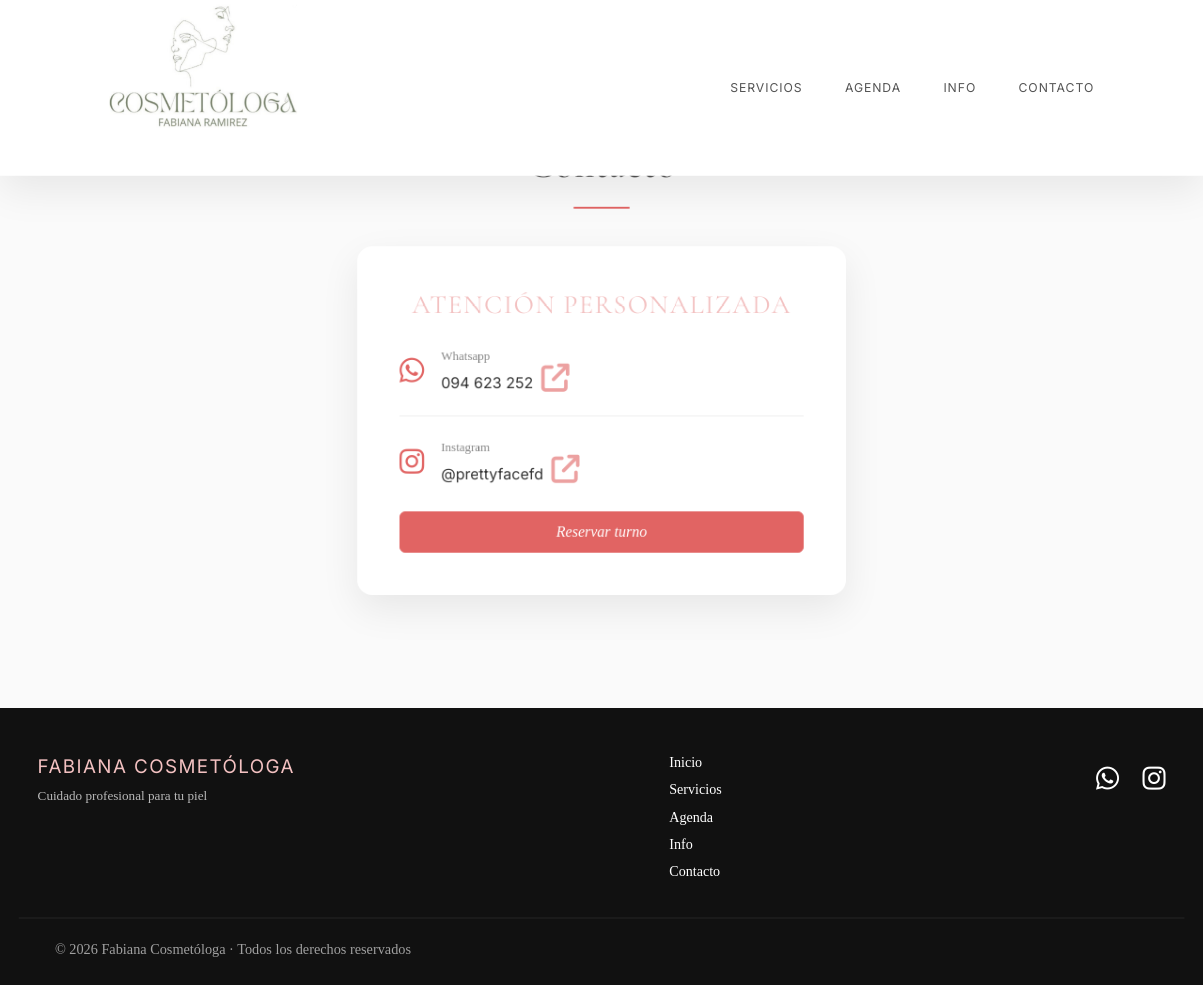
Repository: thiagobal1891-sudo/paginaweb
Page: pages/contacto.html
These files come from the project's save history. The page is drawn as it stood at one moment and after the next save; the edit follows.
The browser window is 1280 px wide. The pictures show the whole page, at 94% of full size.
Some web fonts or font styles are not loaded; a fallback is used.

Above is the page before, as saved 2026-03-17 14:29:25.
Console error: ReferenceError: emailjs is not defined

### pages/contacto.html

<!DOCTYPE html>
<html lang="es">
<head>
  <meta charset="UTF-8">
  <meta name="viewport" content="width=device-width, initial-scale=1.0">
  <title>Fabiana Cosmetóloga</title>
  <link rel="stylesheet" href="../css/style.css">
  <link rel="preconnect" href="https://fonts.googleapis.com">
  <link rel="preconnect" href="https://fonts.gstatic.com" crossorigin>
  <link
    href="https://fonts.googleapis.com/css2?family=Melodrama:wght@400;500;600;700&family=Inter:wght@100..900&family=Poppins:wght@100..900&family=Cormorant+Garamond:wght@300..700&display=swap"
    rel="stylesheet">
  <link rel="stylesheet" href="https://cdnjs.cloudflare.com/ajax/libs/font-awesome/6.5.0/css/all.min.css"
    crossorigin="anonymous" referrerpolicy="no-referrer" />
</head>

<body>
  <header>
    <div class="container">
      <a href="../index.html" class="logo">
        <img src="../media/logo.png"
  alt="Logo de la marca"
  loading="lazy"
  decoding="async">
      </a>
      <nav>
        <a href="servicios.html">SERVICIOS</a>
        <a href="agenda.html">AGENDA</a>
        <a href="info.html">INFO</a>
        <a href="contacto.html">CONTACTO</a>
      </nav>
    </div>
  </header>
<main>
<section id="contacto" class="appear">
<div class="section-title">
<h2>Contacto</h2>
</div>
<div class="container">
<div class="contact-card">
<h3>Atención personalizada</h3>
<div class="contact-item">
<i class="fa-brands fa-whatsapp"></i>
<div class="contact-info">
<span class="label">Whatsapp</span>
<a href="https://wa.me/59894623252"
target="_blank"
rel="noopener noreferrer"
class="valor">
094 623 252
<i class="fa-solid fa-arrow-up-right-from-square link-icon"></i>
</a>
</div>
</div>
<hr>
<div class="contact-item">
<i class="fa-brands fa-instagram"></i>
<div class="contact-info">
<span class="label">Instagram</span>
<a href="https://www.instagram.com/prettyfacefd"
target="_blank"
rel="noopener noreferrer"
class="valor">
@prettyfacefd
<i class="fa-solid fa-arrow-up-right-from-square link-icon"></i>
</a>
</div>
</div>
<a href="agenda.html#agenda-ya" class="btn-vermas">
Reservar turno
</a>
</div>
</div>

</section>
</main>
  <footer class="footer">
  <div class="footer-container">
    <div class="footer-brand">
      <h3>Fabiana Cosmetóloga</h3>
      <p>Cuidado profesional para tu piel</p>
    </div>
    <div class="footer-links">
      <a href="../index.html">Inicio</a>
      <a href="../pages/servicios.html">Servicios</a>
      <a href="../pages/agenda.html">Agenda</a>
      <a href="../pages/info.html">Info</a>
      <a href="../pages/contacto.html">Contacto</a>
    </div>
    <div class="footer-social">
      <a href="https://wa.me/59894623252" target="_blank">
        <i class="fa-brands fa-whatsapp"></i>
      </a>
      <a href="https://www.instagram.com/prettyfacefd" target="_blank">
        <i class="fa-brands fa-instagram"></i>
      </a>
    </div>
  </div>
  <div class="footer-bottom">
    <p>© 2026 Fabiana Cosmetóloga · Todos los derechos reservados</p>
  </div>
</footer>
  <script src="https://cdn.jsdelivr.net/npm/emailjs-com@3/dist/email.min.js"></script>
  <script src="../script.js" defer></script>
</body>
</html>

### css/style.css
@charset "UTF-8";
* {
  box-sizing: border-box;
  margin: 0;
  padding: 0;
}
html {
  scroll-behavior: smooth;
  scroll-padding-top: var(--header-height);
  font-size: 100%;
}
:root{
  --primary:#E16463;
  --primary-soft:rgba(225,100,99,.15);
  --primary-soft-light:rgba(225,100,99,.08);
  --text-dark:#333;
  --text-soft:#777;
  --shadow-hover:0 20px 50px rgba(0,0,0,.12);
  --shadow-soft:0 15px 40px rgba(0,0,0,.08);
}
body{
  font-family:"Melodrama", serif;
  margin:0;
  animation:fadePage .6s ease;
  padding-top: var(--header-height);
}
@keyframes fadePage{
from{
  opacity:0;
  transform:translateY(10px);
}

to{
  opacity:1;
  transform:translateY(0);
}
}
.appear{
  opacity:0;
  transform:translateY(40px);
  transition:opacity .8s ease, transform .8s ease;
  will-change: transform, opacity;
}
.appear.show{
  opacity:1;
  transform:translateY(0);
}
h1 {
  font-size:clamp(2.2rem,4vw,4.5rem);
  line-height: 1.1;
}
h2 {
  font-size:clamp(1.6rem,3vw,2.5rem);
  line-height: 1.2;
}
p {
font-size:clamp(.95rem,1.1vw,1.1rem);
line-height:1.7;
max-width:60ch;
}
h3 {
  font-size: 0.9em;
  font-family: "Inter", sans-serif;
  font-weight: 400;
  letter-spacing: 1.5px;
  color: #f3c1c1;
  text-transform: uppercase;
}
section{
position:relative;
padding:100px 20px;
}
.info_carta {
  font-size: 0.85em;
  color: #f2f2f2;
  font-family: "Inter", sans-serif;
  line-height: 1;
  margin-bottom: 2px;
  max-width:450px;
}
ul {
  list-style: none;
  padding-left: 0;
  font-size: 0.75em;
  font-family: "Inter", sans-serif;
  color: #ffffff;
}
ul li {
  margin-bottom: 4px;
  line-height: 1.3;
  padding-left: 22px;
  position: relative;
  opacity: 0.95;
  transition: transform 0.3s ease, opacity 0.3s ease;
}
ul li::before {
  content: "✧";
  position: absolute;
  left: 0;
  top: 0;
  color: #f3c1c1;
  font-size: 0.75em;
}
img{
transition:transform .6s ease, filter .6s ease;
height: auto;
max-width: 100%;
will-change: transform;
display: block;
}
button {
  font-size: 1rem;
  font-weight: 400;
  padding: 10px 30px;
  border-radius: 10px;
  border: 1.5px solid rgb(84, 84, 84);
  box-shadow: var(--shadow-soft);
  color: white;
  background-color: #d86a6a;
  font-family: "Inter", sans-serif;
  transition: all .25s ease;
  cursor: pointer;
  font-weight: bold;
}
button:hover {
  background-color: white;
  color:var(--primary);
  border-color: white;
  transform: translateY(-2px);
}
button:active{
  transform:scale(.97);
}
.container{
  max-width:1100px;
  margin-inline:auto;
  padding-inline:20px;
  width:100%;
  position:relative;
}
.container > *:not(:last-child){
  margin-bottom:40px;
}
header{
  position:fixed;
  width:100%;
  top:0;
  left:0;
  background-color:white;
  z-index:1000;
  box-shadow: var(--shadow-soft);
  transition:.3s;
  padding:10px 0;
}
header.scrolled{
  background:rgba(255,255,255,0.9);
  backdrop-filter:blur(8px);
  box-shadow:var(--shadow-soft);
}
header .logo {
  display: flex;
  align-items: center;
  justify-content: flex-start;
}
header .logo img{
  width:110px;
  height:auto;
  margin-bottom:6px;
}
header .container {
  display: flex;
  align-items: center;
  padding:0 16px;
  justify-content: space-between;
}
header nav {
  display: flex;
  flex-direction: row;
  justify-content: center;
  align-items: center;
  text-align: center;
}
header a {
  padding: 0px 5px;
  text-decoration: none;
  color: rgb(84, 84, 84);
  display: inline-block;
  font-family: "Inter", sans-serif;
  margin: 0 5px;
  font-size:14px;
  letter-spacing:1px;
}
header a:hover {
  color:var(--primary);
}
.hero-tag{
  font-family:"Inter",sans-serif;
  letter-spacing:2px;
  font-size:12px;
  text-transform:uppercase;
  color:#f3c1c1;
  display:block;
  margin-left:20px;
  margin-bottom:12px;
  opacity:.9;
}
.hero-sub{
  color:white;
  max-width:520px;
  margin-left:20px;
  margin-top:18px;
  font-family:"Inter",sans-serif;
  font-size:clamp(0.95rem,1.1vw,1.1rem);
  line-height:1.6;
  opacity:.95;
}
.btn-hero{
  display:inline-block;
  margin-left:20px;
  margin-top:35px;
  padding:14px 34px;
  border-radius:30px;
  background:var(--primary);
  color:white;
  text-decoration:none;
  font-family:"Inter",sans-serif;
  font-weight:600;
  letter-spacing:.5px;
  transition:.3s;
}
.btn-hero:hover{
    transform:translateY(-3px);
  box-shadow:var(--shadow-hover);
}
#hero {
    display: flex;
    align-items: flex-start;
    justify-content: center;
    text-align: left;
    flex-direction: column;
    min-height: 100vh;
    background-image: linear-gradient(0deg, rgba(0, 0, 0, 0.5),
      rgba(0, 0, 0, 0.5)),
      url("../media/fotopiel-rutina-de-skincare-cuidado-facial.webp");
      background-repeat: no-repeat;
      background-size: cover;
      background-position: center center; }
#hero h1 {
  color: white;
  font-family: "Cormorant Garamond";
  font-weight: 600;
  align-self: flex-start;
  text-align: left;
  font-size:clamp(2.5rem,5vw,4.5rem);
  padding-left:20px;
  max-width:90%;
  animation:heroFade 1.2s ease;
}
#hero::after{
  content:"";
  position:absolute;
  bottom:0;
  left:0;
  width:100%;
  height:120px;
  background:linear-gradient(to bottom, transparent, white);
}

@keyframes heroFade{
from{
opacity:0;
transform:translateY(40px);
}
to{
opacity:1;
transform:translateY(0);
}
}
.section-title{
  text-align:center;
  position:relative;
  }
  #Tratamientos .section-title {
  padding-top: 70px;
}
.section-title.show{
  opacity:1;
  transform:translateY(0);
}
.section-title h2{
  font-family:"Cormorant Garamond", serif;
  font-size:36px;
  font-weight:600;
  color:var(--text-dark);
  margin-bottom:10px;
  letter-spacing:0.5px;
}
.section-title p{
  font-family:"Inter", sans-serif;
  font-size:13px;
  color: var(--text-soft);
  letter-spacing:1.5px;
  text-transform:uppercase;
  max-width:65ch;
  margin:0 auto 80px auto; /* ← separación abajo */
  text-align:center;
}
.section-title::after{
  content:"";
  display:block;
  width:60px;
  height:2px;
  background-color: var(--primary);
  margin:20px auto 0;
  border-radius:2px;
}
.no-line::after {
  display: none;
}

.carousel_infocosmet {
  width: 100%;
  position: relative;
  background-color: var(--primary-soft);
  padding:90px 0;
  overflow:hidden;
}
.carousel-track{
  display:flex;
  will-change: transform;
}
.slide{
  flex:0 0 100%;
  display:flex;
  justify-content:center;
  gap:40px;
  position:relative;
  min-width: 100%;
}
.img-wrapper{
  position:relative;
  width:100%;
  max-width:520px;
  aspect-ratio:16/9;
  height:auto;
  overflow:hidden;
  border-radius:12px;
  margin:0 auto;
  display: block;
  box-shadow: var(--shadow-soft);
  transition:transform .4s ease, box-shadow .4s ease;
}

.img-wrapper img {
  width:100%;
  height:100%;
  object-fit:cover;
  transition:transform .6s ease, filter .6s ease;
}
.img-wrapper:hover{
  transform:translateY(-4px);
}
.img-wrapper:hover img{
  transform:scale(1.06);
}

#infocosmet .img-wrapper{
  position:relative;
  overflow:hidden;
}
.badge{
  position:absolute;
  left:12px;
  background:rgba(0,0,0,.55);
  backdrop-filter:blur(4px);
  color:white;
  font-family:"Inter",sans-serif;
  font-size:11px;
  letter-spacing:1.5px;
  padding:6px 14px;
  border-radius:20px;
  white-space:nowrap;
  z-index:20;
}

.badge.top{
  top:12px;
}

.badge.bottom{
  bottom:12px;
}

#Tratamientos .container{
  background: linear-gradient(180deg, #fffdf8, #fff6ee);
  box-shadow: var(--shadow-soft);
}
.carousel-wrapper{
  overflow:hidden;
  max-width:1200px;
  margin:0 auto;
  position:relative;
}
.carta-tratamientos{
  display:flex;
  gap:20px;
  overflow-x:auto;
  scroll-snap-type:x mandatory;
  scroll-behavior:smooth;
  padding:10px;
}
.carta-tratamientos::-webkit-scrollbar{
  display:none;
}
.carta{
  flex:0 0 100%;
  scroll-snap-align:center;
  min-height:520px;
  height:auto;
  border-radius:12px;
  background:white;
  padding:30px 25px;
  background-size:cover;
  background-position:center;
  position:relative;
  overflow: hidden;
}
.carta::before{
  content:"";
  position:absolute;
  top:0;
  left:0;
  width:100%;
  height:3px;
  background-color: var(--primary);
  transform:scaleX(0);
  transform-origin:left;
  transition:transform 0.3s ease;
}
.carta:hover::before{
  transform:scaleX(1);
}
.carta > * {
  position: relative;
  z-index: 2;
}
.carta h3{
  margin-bottom:10px;
}
.carta p{
  margin-bottom:10px;
}
.carta ul{
  margin-top:10px;
}
.carta:hover::after{
  left:100%;
}
.carta:hover ul li {
  transform: translateX(4px);
  opacity: 1;
}
.carta:hover h3{
  color:var(--primary);
}
.carta,
.agenda-card,
.consulta-card{
  transition:all .35s ease;
}
.carta:hover,
.agenda-card:hover,
.consulta-card:hover{
  transition:all .35s ease;
  box-shadow: var(--shadow-hover);
}
.arrow{
  border: none;
  background: none;
  position:absolute;
  top:50%;
  transform:translateY(-50%);
  z-index:5;
  width:40px;
  height:40px;
  border-radius:50%;
  display:flex;
  align-items:center;
  justify-content:center;
  cursor:pointer;
}
.arrow.left {
  left: 15px;
}
.arrow.right {
  right: 15px;
}
.carta:first-child {
  background-image: linear-gradient(0deg, rgba(0, 0, 0, 0.5), rgba(0, 0, 0, 0.5)), url("../media/Tratamientos-3.jpg");
}
.carta:nth-child(2) {
  background-image: linear-gradient(0deg, rgba(0, 0, 0, 0.5), rgba(0, 0, 0, 0.5)), url("../media/Tratamientos-2.jpg");
}
.carta:nth-child(3) {
  background-image: linear-gradient(0deg, rgba(0, 0, 0, 0.5), rgba(0, 0, 0, 0.5)), url("../media/Tratamientos-1.jpg");
}
.carta:nth-child(4) {
  background-image: linear-gradient(0deg, rgba(0, 0, 0, 0.5), rgba(0, 0, 0, 0.5)), url("../media/Tratamientos-1.jpg");
}
.carta:nth-child(5) {
  background-image: linear-gradient(0deg, rgba(0, 0, 0, 0.5), rgba(0, 0, 0, 0.5)), url("../media/Tratamientos-2.jpg");
}
.carta:nth-child(6) {
  background-image: linear-gradient(0deg, rgba(0, 0, 0, 0.5), rgba(0, 0, 0, 0.5)), url("../media/Tratamientos-1.jpg");
}
.carta:nth-child(7) {
  background-image: linear-gradient(0deg, rgba(0, 0, 0, 0.5), rgba(0, 0, 0, 0.5)), url("../media/Tratamientos-1.jpg");
}

#agenda-ya{
  padding:120px 20px;
  background-color: var(--primary-soft);
}
.agenda-card{
  max-width:900px;
  margin:auto;
  background:white;
  padding:30px;
  border-radius:20px;
  box-shadow:var(--shadow-soft);
  border:1px solid rgba(225,100,99,.2);
}
#agenda-ya iframe{
  max-width:900px;
  width:100%;
  height:650px;
  border-radius:20px;
  background:white;
  box-shadow:var(--shadow-soft);
  border:1px solid rgba(225,100,99,.2);
  padding:10px;
}
.link-icon {
  font-size: 0.15em;
  margin-left: 4px;
  opacity: 0.6;
  transition: all 0.3s ease;
}
#consultas{
padding:120px 20px;
background-color: var(--primary-soft-light);
}
#consultas .container{
  display:flex;
  flex-direction:column;
  align-items:center;
  max-width:700px;
  margin:0 auto;
}
.consulta-card{
  width:100%;
  max-width:600px;
  margin:0 auto;
}
.consulta-sub{
  text-align:center;
  font-family:"Inter", sans-serif;
  font-size:14px;
  color: var(--text-soft);
  margin-bottom:25px;
}
.consulta-card form{
  width:100%;
  max-width:500px;
  margin:auto;
}
.consulta-card h3{
  margin-bottom:35px;
  text-align:center;
  font-family:"Cormorant Garamond", serif;
  font-size:28px;
  color:var(--text-dark);
  letter-spacing:0;
  text-transform:none;
  width:100%;
}
.form-group {
  position: relative;
  margin-bottom: 25px;
}
.form-group input,
.form-group textarea{
  width:100%;
  padding:16px 14px;
  border-radius:14px;
  border:1px solid #e5e5e5;
  font-size:15px;
  font-family:"Inter", sans-serif;
  outline:none;
  transition:all .3s ease;
  background:#fff;
}
.form-group input:focus,
.form-group textarea:focus{
  border-color: var(--primary);
  box-shadow: var(--shadow-hover);
}
.form-group label {
  position: absolute;
  left: 12px;
  top: 14px;
  font-size: 14px;
  color: #888;
  transition: 0.3s ease;
  pointer-events: none;
}
.form-group input:focus + label,
.form-group input:not(:placeholder-shown) + label,
.form-group textarea:focus + label,
.form-group textarea:not(:placeholder-shown) + label {
  top: -8px;
  left: 10px;
  font-size: 12px;
  background: white;
  padding: 0 5px;
  color:var(--primary);
}
.btn-enviar{
  width:100%;
  padding:16px;
  border-radius:30px;
  border:none;
  background:linear-gradient(135deg,#E16463,#d04f4f);
  color:white;
  font-weight:600;
  font-size:15px;
  cursor:pointer;
  transition:all .3s ease;
  margin-top:10px;
}
.btn-enviar:hover{
  transform:translateY(-2px);
  box-shadow:var(--shadow-soft);
}

#sobre{
  padding:80px 20px;
}
.sobre-container{
  display:flex;
  align-items:center;
  gap:25px;
  margin-top:50px;
  flex-wrap:wrap;
  text-align: left;
}
.sobre-container.reverse{
  flex-direction:row-reverse;
}
.sobre-texto{
  flex:1;
  min-width:280px;
}
.sobre-texto p{
  font-family:"Inter",sans-serif;
  line-height:1.7;
  margin-bottom:20px;
  color:#444;
}
.sobre-texto h3{
  font-family:"Cormorant Garamond",serif;
  font-size:30px;
  margin-bottom:10px;
}
.sobre-img{
  flex:1;
  min-width:280px;
}
.sobre-img img{
  width:100%;
  border-radius:12px;
  box-shadow: var(--shadow-soft);
}
.sobre-container.reverse .btn-vermas{
  margin-top:40px;
}
.confianza{
  padding:80px 20px;
  background:#fafafa;
}
.confianza-grid{
  display:grid;
  grid-template-columns:repeat(auto-fit,minmax(220px,1fr));
  gap:30px;
  margin-top:50px;
}
.confianza-item{
  background:white;
  padding:30px;
  border-radius:14px;
  text-align:center;
  box-shadow: var(--shadow-soft);
  transition:.3s;
}
.confianza-item:hover{
  transform:translateY(-6px);
  box-shadow:var(--shadow-hover);
}
.confianza-item i{
  font-size:34px;
  color:var(--primary);
  margin-bottom:15px;
}
.confianza-item h3{
  font-family:"Cormorant Garamond",serif;
  font-size:22px;
  margin-bottom:10px;
}
.confianza-item p{
  font-family:"Inter",sans-serif;
  font-size:14px;
  line-height:1.6;
  color:#555;
}
.link-servicios {
  display: block;
  margin-bottom: 20px;
  font-size: 1rem;
  color: var(--text-soft);
}
.btn-vermas {
  display: inline-flex;
  align-items: center;
  justify-content: center;
  padding: 12px 28px;
  border-radius: 6px;
  font-size: 1rem;
  cursor: pointer;
  font-style: italic;
  background-color: var(--primary);
  color: white;
  text-decoration: none;
  border: 1.5px solid #E16463;
  transition: all 0.3s ease;
}
.btn-vermas:hover{
  transform:translateY(-3px);
  box-shadow: var(--shadow-hover);
  background-color: white;
  color:var(--primary);
}
.whatsapp-float,
.instagram-float{
  position:fixed;
  right:25px;
  width:60px;
  height:60px;
  border-radius:50%;
  display:flex;
  align-items:center;
  justify-content:center;
  color:white;
  font-size:28px;
  text-decoration:none;
  box-shadow:0 8px 18px rgba(0,0,0,0.25);
  z-index:1000;
  transition:transform .3s ease, box-shadow .3s ease;
  animation:floatIn .6s ease;
}
.whatsapp-float i,
.instagram-float i{
  text-decoration:none;
}
.whatsapp-float{
  bottom:25px;
  background:#25D366;
}
.instagram-float{
  bottom:100px;
  background:linear-gradient(45deg,#f58529,#dd2a7b,#8134af,#515bd4);
}
.whatsapp-float:hover,
.instagram-float:hover{
  transform:scale(1.12);
  box-shadow:0 12px 24px rgba(0,0,0,0.35);
}
.hide-float{
  opacity:0;
  pointer-events:none;
  transform:translateY(20px);
  transition:all .3s ease;
}
@keyframes floatIn{
from{
  opacity:0;
  transform:translateY(40px);
}
to{
  opacity:1;
  transform:translateY(0);
}
}

#contacto{
  padding:80px 20px;
  background:#fafafa;
}
.contact-card{
  max-width:520px;
  margin:40px auto;
  background:white;
  padding:45px;
  border-radius:16px;
  box-shadow: var(--shadow-soft);
  text-align:left;
}
.contact-card h3{
  text-align:center;
  margin-bottom:30px;
  font-family:"Cormorant Garamond",serif;
  font-size:28px;
}
.contact-item{
  display:flex;
  align-items:center;
  gap:18px;
  margin:20px 0;
}
.contact-item i{
  font-size:30px;
  color:var(--primary);
}
.contact-info{
  display:flex;
  flex-direction:column;
}
.label{
  font-size:13px;
  color:#888;
}
.valor{
  font-size:16px;
  font-family:"Inter",sans-serif;
  text-decoration:none;
  color: var(--text-dark);
}
.valor:hover{
  color:var(--primary);
}
hr{
  border:none;
  border-top:1px solid #eee;
  margin:25px 0;
}
.contact-card .btn-vermas{
  display:block;
  margin:30px auto 0;
  text-align:center;
}

.footer {
  background: #111;
  color: #fff;
  padding: 50px 20px 25px;
  text-align: center;
}
.footer-container {
  display: flex;
  flex-direction: column;
  align-items: center;
  gap: 35px;
  text-align: center;
}
.footer-brand h3 {
  font-size: 20px;
  margin-bottom: 8px;
}
.footer-brand p {
  font-size: 14px;
  opacity: 0.7;
}
.footer-links {
  display: flex;
  flex-direction: column;
  gap: 12px;
}
.footer-links a {
  text-decoration: none;
  color: #fff;
  font-size: 15px;
  transition: 0.3s;
}
.footer-links a:hover {
  color:var(--primary);
}
.footer-social {
  display: flex;
  gap: 25px;
  margin-top: 10px;
}
.footer-social a {
  font-size: 28px;
  color: #fff;
  transition: 0.3s;
}
.footer-social a:active {
  transform: scale(0.9);
  color:var(--primary);
}
.footer-bottom {
  margin-top: 40px;
  padding-top: 20px;
  border-top: 1px solid rgba(255,255,255,0.15);
  font-size: 13px;
  opacity: 0.6;
}

@media (max-width: 768px){
:root{
  --header-height:80px;
}
header{
  height:var(--header-height);
  padding:8px 0;
}

header .logo img{
  width:110px;
}
.slide{
  flex-direction:column;
  gap:20px;
  align-items:center;
}
.img-wrapper{
  width:90%;
  max-width:none;
  aspect-ratio: 4/5;
}
#hero{
  align-items:center;
  text-align:center;
  padding:0 20px;
  min-height: 85vh;
}
#hero h1{
  font-size:2.4rem;
  line-height:1.2;
  padding-left:0;
  max-width:100%;
}
.hero-tag{
  margin-left:0;
  text-align:center;
}
.hero-sub{
  margin-left:0;
  text-align:center;
  font-size:0.95rem;
}
.btn-hero{
margin-left:0;
}

header nav {
  gap: 10px;
  flex-wrap: wrap;
}
.info_carta{
  font-size:0.95em;
}
ul{
  font-size:0.85em;
}
.carta{
  flex:0 0 100%;
  min-height:560px;
  padding:40px 30px;
}

.sobre-texto {
  text-align: left;
}
.sobre-texto p {
  font-size: 1rem;
}
.sobre-img2 img{
  width:900px;
  border-radius:12px;
  box-shadow: var(--shadow-soft);
}

}
@media (min-width: 1024px) {

  :root{
    --header-height:70px;
  }

  header{
    padding:5px 0;
  }

  header .logo img{
    width:200px;
  }

  header a{
    font-size:13px;
  }
    header.scrolled{
    padding:2px 0;
  }

  header.scrolled .logo img{
    width:75px;
    }

  section{
padding:120px 40px;
}
  #hero {
  align-items: center;
  text-align: center;
  padding: 0 10%;
}
#hero h1{
  font-size:4.5rem;
}
#hero button {
  margin-left: 0;
  align-self: center;
}

header nav {
  gap: 25px;
}
.slide {
  display: flex;
  flex-direction: row;
  justify-content: center;
  gap: 40px;
}
.slide::after{
  content:"";
  position:absolute;
  top:50%;
  left:50%;
  transform:translate(-50%,-50%);
  width:1px;
  height:70%;
  background:linear-gradient( to bottom, transparent, rgba(225,100,99,0.4), transparent);
  pointer-events:none;
}
.img-wrapper {
  width: 450px;
  overflow: hidden;
  border-radius: 15px;
}

#Tratamientos {
  padding:120px 10%;
  background-color: var(--primary-soft);
}
#Tratamientos .container {
  background: linear-gradient(180deg, #fffdf8, #fff6ee);
  padding: 80px 0;
}
.carousel-wrapper {
  overflow: hidden;
  max-width:1200px;
  margin:0 auto;
}
.carta-tratamientos{
  gap:30px;
  transition: transform 0.5s ease;
}
.carta{
  flex:0 0 calc((100% - 30px) / 2);
  min-height:520px;
  height:auto;
  border-radius:20px;
  padding:50px 60px;
}
.arrow{
  background:var(--primary-soft-light);
}
.arrow.left {
  left: 10px;
}
.arrow.right {
  right: 10px;
}
.section-title h2{
  font-size:42px;
}
.sobre-container {
  flex-direction: row;
}
.sobre-texto {
  text-align: left;
}
.sobre-texto p {
  font-size: 1.1rem;
}
.sobre-img2 img{
  width:900px;
  border-radius:12px;
  box-shadow: var(--shadow-soft);
}
#agenda-ya{
  padding:120px 20px;
}
.footer-container {
  flex-direction: row;
  justify-content: space-between;
  align-items: flex-start;
  text-align: left;
  max-width: 1200px;
  margin: auto;
}
}

Loaded but not shown: script.js (130 lines, source omitted)

After the next save:
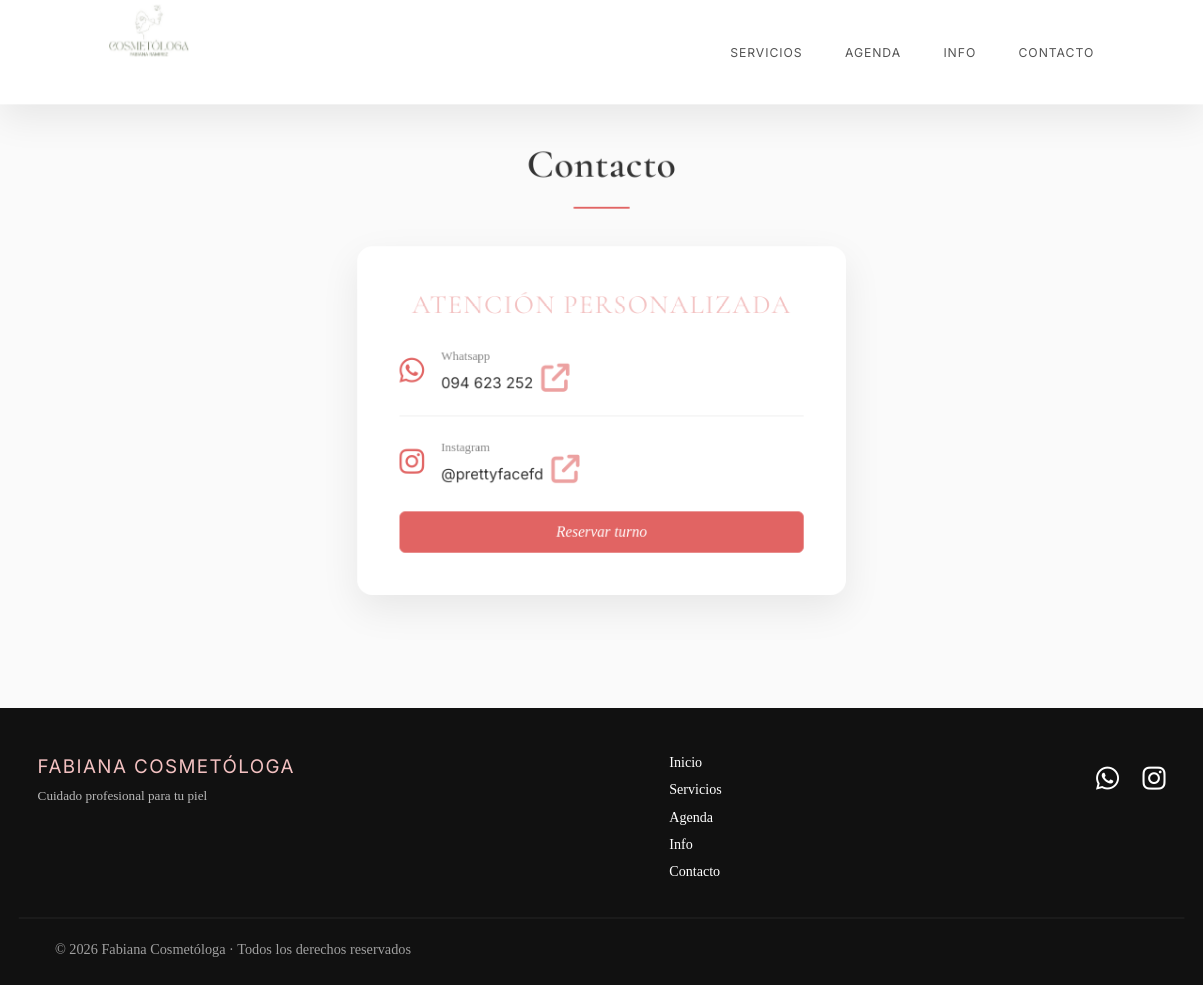
Saved 8 s later.
--- a/css/style.css
+++ b/css/style.css
@@ -1002,7 +1002,7 @@ ul{
   }
 
   header .logo img{
-    width:200px;
+    width:85px;
   }
 
   header a{
